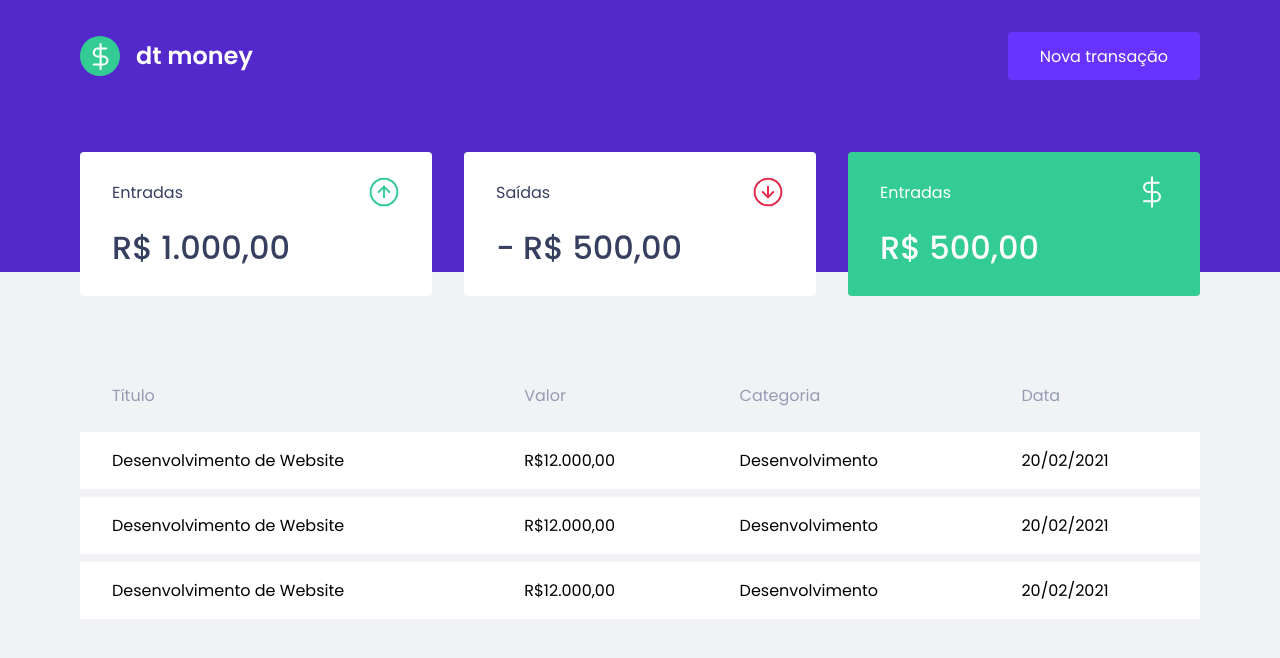
Repository: lucaslopesdevv/dtmoney
Page: /
The author's editor kept a copy of each file at every save. The page is drawn from the files as they stood at one save, then again after the next save.
The browser window is 1280 px wide. The pictures show the whole page.
The project was rebuilt for these pictures with package versions that can differ from the ones it lists, and the page was loaded fresh each time.

Above is the page before, as saved 2021-12-06 22:08:48.

After the next save:
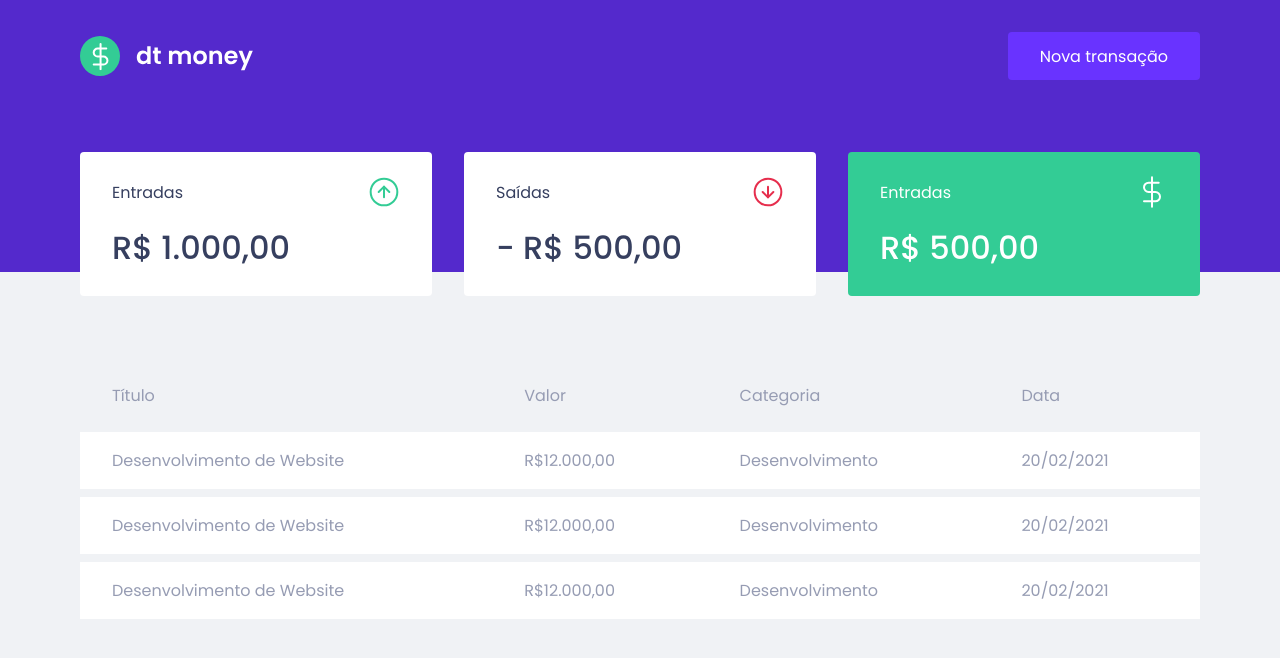
Saved 5 s later.
--- a/src/components/TransactionsTable/styles.ts
+++ b/src/components/TransactionsTable/styles.ts
@@ -21,6 +21,6 @@ export const Container = styled.div`
         padding: 1rem 2rem;
         border: 0;
         background-color: var(--shape);
-        color: var(--text-body));
+        color: var(--text-body);
     }
 `;
